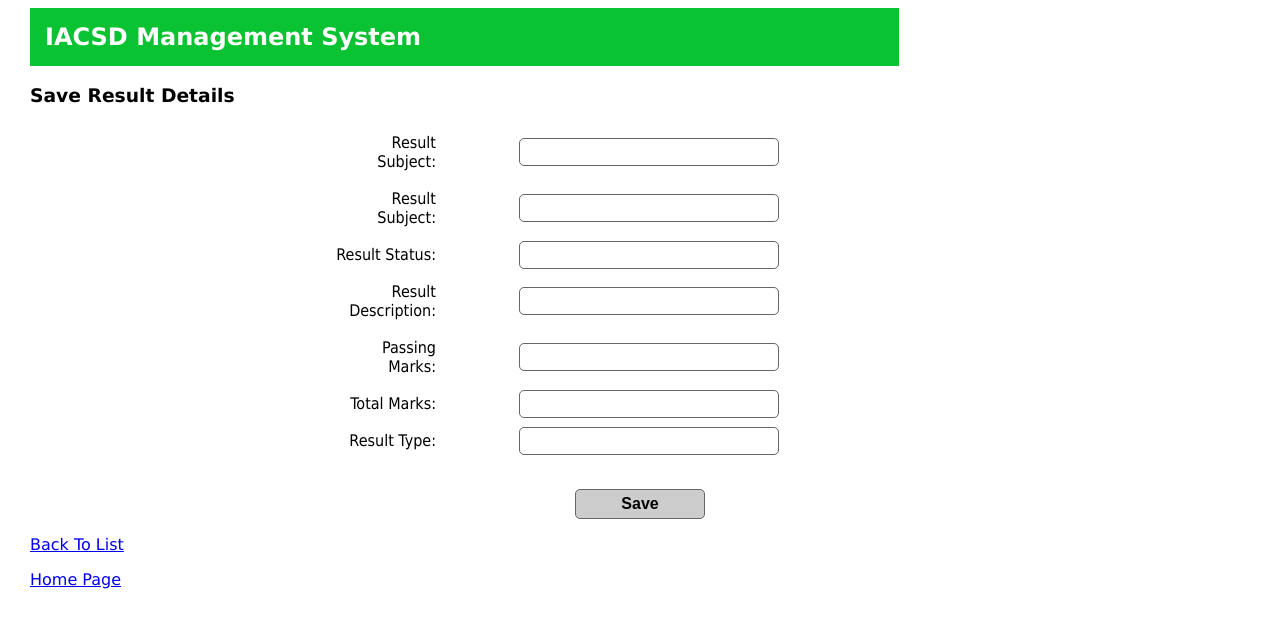
Repository: vsc8791/IMS
Page: http://localhost/web-customer-tracker/WEB-INF/view/result-form.jsp
An editor plug-in stored every save of this project. The page is shown before and after the next save, followed by the edit.
The browser window is 1280 px wide. The pictures show the whole page.
The page is served by Tomcat 9. Nobody is signed in. Other server files are loaded and not shown. The template is opened directly, without the code that normally fills it, so the values that code supplies are empty.

Above is the page before, as saved 2018-07-28 06:15:42.

### web-customer-tracker/WebContent/WEB-INF/view/result-form.jsp
 <%@ taglib prefix="form" uri="http://www.springframework.org/tags/form"%>
<!DOCTYPE html>
<html>
<head>

<title>Save Result</title>
<link type="text/css" rel="stylesheet"
	href="${pageContext.request.contextPath}/resources/css/style.css">

<title>Save Result</title>
<link type="text/css" rel="stylesheet"
	href="${pageContext.request.contextPath}/resources/css/add-customer-style.css">
</head>
<body>
	<div id="wrapper">
		<div id="header">
			<h2>IACSD Management System</h2>
		</div>
	</div>
	<div>
		<h3>Save Result Details</h3>
		<form:form action="saveResult" modelAttribute="result"
			method="POST">
			<!-- need to associate this data with Student Id -->
			<form:hidden path="id"/>

			<table align="center">
				<tbody>
					<tr>
						<td><label>Result Subject:</label></td>
						<td><form:input path="resultName" /></td>
					</tr>
					<tr>
						<td><label>Result Subject:</label></td>
						<td><form:input path="result_subject"/></td>
					</tr>
					<tr>
						<td><label>Result Status:</label></td>
						<td><form:input path="result_status" /></td>
					</tr>
					<tr>
						<td><label>Result Description:</label></td>
						<td><form:input path="result_description"/></td>
					</tr>
					<tr>
						<td><label>Passing Marks:</label></td>
						<td><form:input path="passing_marks" type="number"/></td>
					</tr>
					<tr>
						<td><label>Total Marks:</label></td>
						<td><form:input path="total_marks" type="number"/></td>
					</tr>
					<tr>
						<td><label>Result Type:</label></td>
						<td><form:input path="result_type"/></td>
					</tr>


				</tbody>

			</table>
			<center><input  type="submit" value="Save" class="save" /></center>
		</form:form>
		<!--  <center><input  type="submit" value="Save" class="save"/> </center> -->
		<div style="clear;both;"></div>
		<p><a href="${pageContext.request.contextPath}/result/list">Back To List</a></p>
			<a href="http://localhost:8082/web-customer-tracker/">Home Page</a>
	</div>

</body>


</html>

### web-customer-tracker/WebContent/resources/css/style.css
html, body{
	margin-left:15px; margin-right:15px;
	padding:0px;
	font-family:Verdana, Arial, Helvetica, sans-serif;
}

table {
	border-collapse:collapse;
	border-bottom:1px solid gray;
	font-family: Tahoma,Verdana,Segoe,sans-serif;
	width:72%;
}

th {
	border-bottom:1px solid gray;
	background:none repeat scroll 0 0 #09c332;
	padding:10px;
	color: #FFFFFF;
}

tr {
	border-top:1px solid gray;
	text-align:center;
}

tr:nth-child(even) {background: #FFFFFF}
tr:nth-child(odd) {background: #BBBBBB}

#wrapper {width: 100%; margin-top: 0px; }
#header {width: 70%; background:#09c332; margin-top: 0px; padding:15px 0px 15px 15px;}
#header h2 {width: 100%; margin:auto; color: #FFFFFF;}
#container {width: 100%; margin:auto}
#container h3 {color: #000;}
#container #content {margin-top: 20px;}

.add-button {
	border: 1px solid #666;
	border-radius: 5px;
	padding: 4px;
	font-size: 12px;
	font-weight: bold;
	width: 120px;
	padding: 5px 10px;

	margin-bottom: 15px;
	background: #cccccc;
}

Loaded but not shown: web-customer-tracker/WebContent/resources/css/add-customer-style.css (common file)

After the next save:
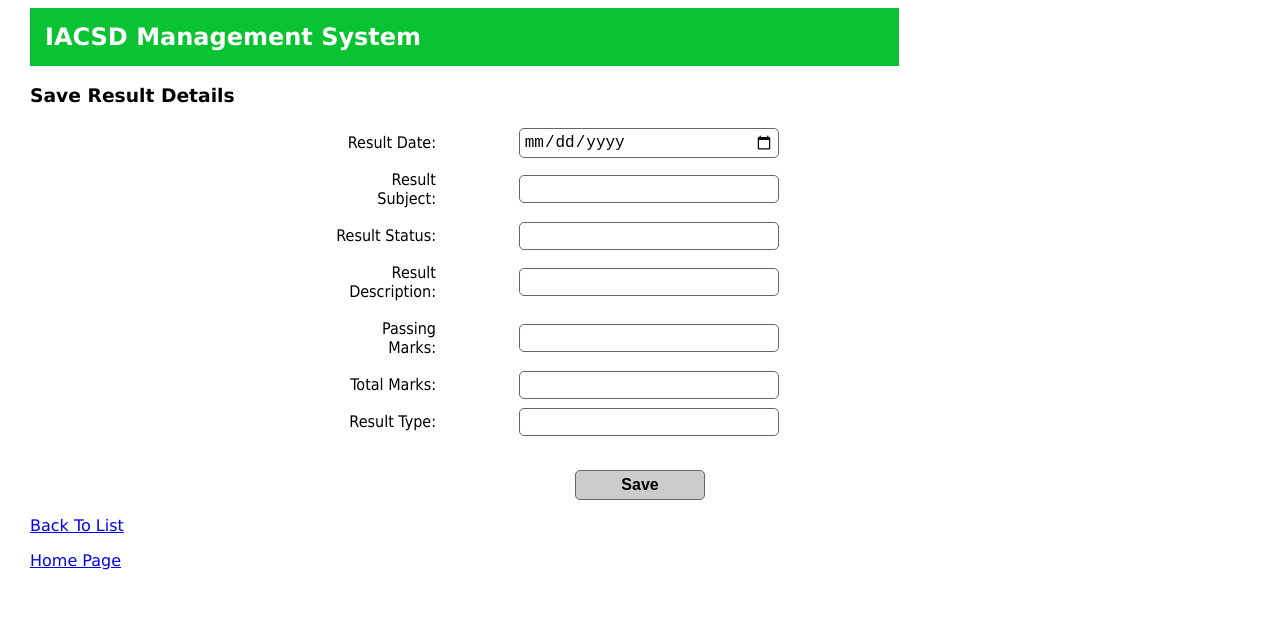
Saved 63 s later.
--- a/web-customer-tracker/WebContent/WEB-INF/view/result-form.jsp
+++ b/web-customer-tracker/WebContent/WEB-INF/view/result-form.jsp
@@ -27,8 +27,8 @@
 			<table align="center">
 				<tbody>
 					<tr>
-						<td><label>Result Subject:</label></td>
-						<td><form:input path="resultName" /></td>
+						<td><label>Result Date:</label></td>
+						<td><form:input path="resultName" type="date" /></td>
 					</tr>
 					<tr>
 						<td><label>Result Subject:</label></td>
